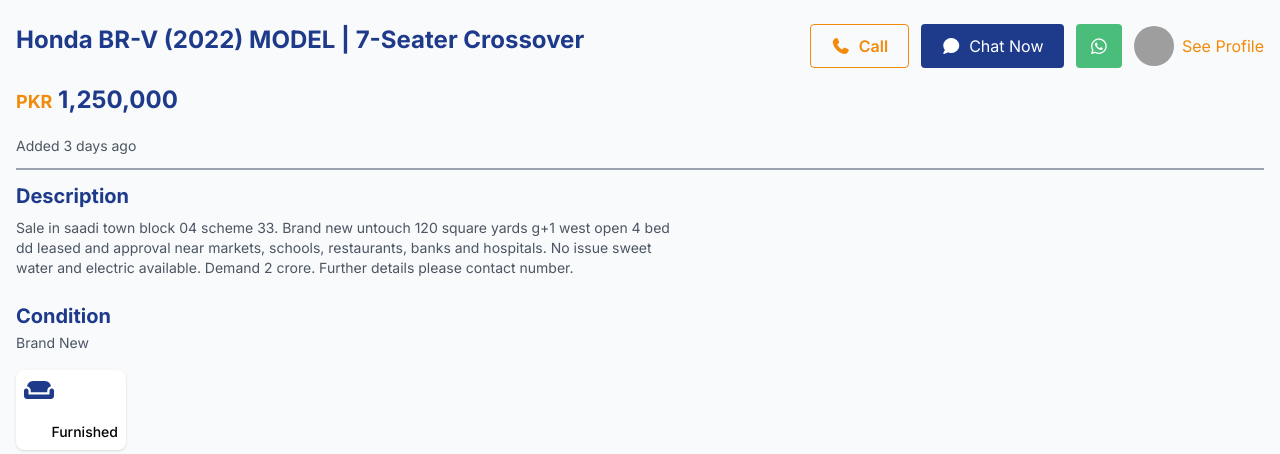
Repository: ARFA-SAEED/miljayega
Page: src/motorsPage/bikes_1.html
These files come from the project's save history. The page is drawn as it stood at one moment and after the next save; the edit follows.
The browser window is 1280 px wide. The pictures show the part of the page from y = 633 to 1087 px (the page is 2069 px tall).
Pictures or frames that could not be fetched are drawn as grey boxes. A picture or video elsewhere on the page could not be fetched, so the positions and the page height are approximate. Some web fonts or font styles are not loaded; a fallback is used. Some web libraries are served in a nearby version.

Above is the page before, as saved 2025-08-25 13:21:04.

### src/motorsPage/bikes_1.html
<!DOCTYPE html>
<html lang="en">

<head>
    <meta charset="utf-8" />
    <meta content="width=device-width, initial-scale=1.0" name="viewport" />
    <title>Miljaega.pk - Bikes 1</title>
    <script src="https://cdn.tailwindcss.com?plugins=forms,container-queries"></script>
    <link href="https://fonts.googleapis.com/css2?family=Inter:wght@400;500;600;700&display=swap" rel="stylesheet" />
    <link href="https://fonts.googleapis.com/css2?family=Poppins:wght@400;500;600;700&display=swap" rel="stylesheet" />
    <link href="https://fonts.googleapis.com/icon?family=Material+Icons" rel="stylesheet" />
    <link href="https://fonts.googleapis.com/css2?family=Lalezar&display=swap" rel="stylesheet">
    <link href="https://fonts.googleapis.com/css2?family=Noto+Nastaliq+Urdu&display=swap" rel="stylesheet">
    <script src="https://cdn.jsdelivr.net/npm/alpinejs@3.x.x/dist/cdn.min.js" defer></script>
    <script src="https://cdn.jsdelivr.net/npm/@tailwindcss/browser@4"></script>
    <link rel="stylesheet" href="./Css/miljaega-homepage.css">
    <!-- Font Awesome CDN -->
    <link href="https://cdnjs.cloudflare.com/ajax/libs/font-awesome/6.5.2/css/all.min.css" rel="stylesheet">

    <link rel="stylesheet" href="https://cdnjs.cloudflare.com/ajax/libs/font-awesome/7.0.0/css/all.min.css"
        integrity="sha512-DxV+EoADOkOygM4IR9yXP8Sb2qwgidEmeqAEmDKIOfPRQZOWbXCzLC6vjbZyy0vPisbH2SyW27+ddLVCN+OMzQ=="
        crossorigin="anonymous" referrerpolicy="no-referrer" />
</head>

<body class="bg-gray-50">

    <!-- Header -->
    <header class="bg-white shadow-sm fixed top-0 z-50 w-full">
        <div class="lg:mx-auto 2xl:mx-20 relative py-3 container px-4 sm:px-6">
            <div class="flex justify-between items-center py-3">
                <!-- Left: Logo -->
                <div class="flex-shrink-0">
                    <img src="../../../assets/images/logo.svg" alt="Logo" class="h-8 sm:h-10" />
                </div>

                <!-- Center Nav (Desktop) -->
                <nav
                    class="hidden xl:flex absolute 2xl:ms-[440px] left-1/2 transform -translate-x-1/2 space-x-6 text-sm font-medium text-gray-600">
                    <div class="flex justify-center mt-2">
                        <div class="inline-flex rounded-lg shadow-md bg-white overflow-hidden">
                            <a href="#"
                                class="px-6 py-3 text-sm font-medium text-white bg-blue-900 hover:bg-blue-900 transition duration-300 flex items-center">
                                <i class="fa-solid fa-list mr-2"></i> ALL
                            </a>
                            <a href="#"
                                class="px-6 py-3 text-sm font-medium text-pak-green hover:bg-[rgb(220,228,245)] flex items-center">
                                <i class="fa-solid fa-circle-plus mr-2"></i> NEW
                            </a>
                            <a href="#"
                                class="px-6 py-3 text-sm font-medium text-pak-green hover:bg-[rgb(220,228,245)] flex items-center">
                                <i class="fa-solid fa-recycle mr-2"></i> USED
                            </a>
                            <a href="#"
                                class="px-6 py-3 text-sm font-medium text-pak-green hover:bg-[rgb(220,228,245)] flex items-center">
                                <i class="fa-solid fa-key mr-2"></i> RENT
                            </a>
                            <a href="#"
                                class="px-6 py-3 text-sm font-medium text-pak-green hover:bg-[rgb(220,228,245)] flex items-center">
                                <i class="fa-solid fa-arrow-right-arrow-left mr-2"></i> Exchange
                            </a>
                        </div>
                    </div>
                </nav>

                <!-- Mobile Hamburger -->
                <button id="mobileMenuToggle" class="block xl:hidden text-gray-700 hover:text-primary-green">
                    <svg class="w-7 h-7" fill="none" stroke="currentColor" stroke-width="2" viewBox="0 0 24 24">
                        <path stroke-linecap="round" stroke-linejoin="round" d="M4 6h16M4 12h16M4 18h16"></path>
                    </svg>
                </button>
            </div>
        </div>
    </header>

    <!-- Mobile Menu -->
    <div id="mobileMenu"
        class="xl:hidden hidden bg-white shadow-md fixed top-[72px] left-0 right-0 z-40 max-h-[calc(100vh-72px)] overflow-y-auto">
        <div class="px-4 py-4 space-y-4 text-sm font-medium text-gray-700">
            <div class="flex justify-around text-center gap-2 flex-wrap">
                <a href="#" class="flex flex-col items-center gap-1 hover:text-primary-green">
                    <img src="./images/second-hand.png" class="w-6 h-6" /> Used
                </a>
                <a href="#" class="flex flex-col items-center gap-1 hover:text-primary-green">
                    <img src="./images/new.png" class="w-6 h-6" /> New
                </a>
                <a href="#" class="flex flex-col items-center gap-1 hover:text-primary-green">
                    <img src="./images/exchange.png" class="w-6 h-6" /> Exchange
                </a>
                <a href="#" class="flex flex-col items-center gap-1 hover:text-primary-green">
                    <img src="./images/rent.png" class="w-6 h-6" /> Rentals
                </a>
            </div>
        </div>
    </div>

    <!-- Spacer -->
    <div class="pt-[72px]"></div>

    <!-- Images Section -->
    <div class="container mx-auto px-4 mt-12">
        <div class="grid grid-cols-1 lg:grid-cols-2 gap-3">
            <div>
                <img class="w-full h-[250px] sm:h-[400px] lg:h-[513px] object-cover rounded-lg lg:rounded-l-[10px]"
                    src="https://auto.yugatech.com/wp-content/uploads/2022/09/2023-Honda-BRV-Main-2048x1024.jpg" alt="">
            </div>
            <div class="flex flex-col gap-3">
                <img class="w-full h-[200px] sm:h-[250px] object-cover rounded-lg lg:rounded-tr-[10px]"
                    src="https://hondaotodalat.com.vn/wp-content/uploads/2020/02/honda_BRV_hondaotovovankiet_vn_15.jpg"
                    alt="">
                <img class="w-full h-[200px] sm:h-[250px] object-cover rounded-lg lg:rounded-br-[10px]"
                    src="https://d31sro4iz4ob5n.cloudfront.net/upload/car/br-v-2024/feature/interior/br-v-2024-lhd-amplio-confort-y-versatilidad.jpg"
                    alt="">
            </div>
        </div>
    </div>

    <!-- Title & Buttons -->
    <div class="container mx-auto px-4 mt-6 flex flex-col lg:flex-row justify-between items-start gap-4">
        <h1 class="font-bold text-blue-900 text-xl lg:text-2xl">
            Honda BR-V (2022) MODEL | 7-Seater Crossover
        </h1>
        <div class="flex flex-wrap gap-3">
            <button class="border border-[#F08B0B] text-[#F08B0B] font-semibold rounded px-5 py-2 flex items-center">
                <i class="fa-solid fa-phone me-2"></i> Call
            </button>
            <button class="bg-blue-900 hover:bg-blue-800 text-white rounded px-5 py-2 flex items-center">
                <i class="fa-solid fa-comment me-2"></i> Chat Now
            </button>
            <button class="bg-[#4ABD7A] text-white rounded px-3 py-2 flex items-center">
                <i class="fa-brands fa-whatsapp text-lg"></i>
            </button>
            <div class="flex items-center gap-2">
                <img class="rounded-full h-10 w-10"
                    src="https://tse3.mm.bing.net/th/id/OIP.WpIMP_W3gb5bZ81rA-K2YgHaHa?pid=Api&P=0&h=220" alt="">
                <span class="text-[#F08B0B]">See Profile</span>
            </div>
        </div>
    </div>


    <!-- Price -->
    <div class="container mx-auto px-4 mt-4">
        <h1 class="text-blue-900 font-bold text-xl lg:text-2xl">
            <span class="text-lg text-[#F08B0B]">PKR</span> 1,250,000
        </h1>
        <p class="text-gray-600 text-sm mt-5 pb-3 border-b border-gray-400 border-b-2 w-[5=700px]">Added 3 days ago</p>
    </div>

    <!-- Description -->
    <div class="container mx-auto px-4 mt-3">
        <h1 class="text-blue-900 font-bold text-xl mb-2">Description</h1>
        <p class="text-sm text-gray-600 max-w-2xl">
            Sale in saadi town block 04 scheme 33. Brand new untouch 120 square yards g+1 west open 4 bed dd leased and
            approval near markets, schools, restaurants, banks and hospitals. No issue sweet water and electric
            available.
            Demand 2 crore. Further details please contact number.
        </p>
    </div>

    <!-- Condition -->
    <div class="container mx-auto px-4 mt-6">
        <h1 class="text-blue-900 font-bold text-xl">Condition</h1>
        <span class="text-gray-600 text-sm">Brand New</span>
        <div class="relative mt-4 shadow rounded-lg h-20 w-[110px] bg-white p-3">
            <i class="fa-solid fa-couch text-blue-900 text-2xl absolute top-1 left-2"></i>
            <span class="absolute bottom-2 right-2 text-sm font-medium">Furnished</span>
        </div>
    </div>

    <!-- Location -->
    <div class="container mx-auto px-4 mt-6">
        <h1 class="text-blue-900 font-bold text-xl mb-3">Location and nearby facilities</h1>
        <div class="flex flex-wrap gap-4 mb-5">
            <button class="flex items-center gap-2 px-4 py-2 bg-white rounded-lg shadow-md">
                <i class="fa-solid fa-border-all text-[#F08B0B]"></i> All
            </button>
            <button class="flex items-center gap-2 px-4 py-2 bg-white rounded-lg shadow-md">
                <i class="fa-solid fa-school text-[#F08B0B]"></i> School
            </button>
            <button class="flex items-center gap-2 px-4 py-2 bg-white rounded-lg shadow-md">
                <i class="fa-solid fa-hospital text-[#F08B0B]"></i> Hospitals
            </button>
            <button class="flex items-center gap-2 px-4 py-2 bg-white rounded-lg shadow-md">
                <i class="fa-solid fa-utensils text-[#F08B0B]"></i> Restaurant
            </button>
        </div>
        <img src="https://png.pngtree.com/png-clipart/20230315/original/pngtree-map-location-pin-with-red-png-image_8989833.png"
            class="h-[300px] sm:h-[400px] mx-auto" alt="">
    </div>
    <footer class="bg-[#0C3168] text-white">
        <div class="container mx-auto px-4 sm:px-6 lg:px-8 py-10">

            <!-- ✅ Mobile/Tablet (sm, md, lg): 2 Rows Layout -->
            <div class="flex  flex-wrap gap-8 lg:hidden">
                <!-- Row 1: ABOUT US + MY ACCOUNT -->
                <div class="w-full flex   gap-8">
                    <!-- ABOUT US -->
                    <div class="w-full ms-10 md:ms-0 sm:w-1/2 text-left">
                        <ul class="leading-10">
                            <li class="font-bold text-xl mb-3">ABOUT US</li>
                            <li>FAQ</li>
                            <li>Anti Scam</li>
                            <li>Term of use</li>
                            <li>Privacy Policy</li>
                            <li>Contact Us</li>
                            <li>Sitemap</li>
                        </ul>
                    </div>
                    <!-- MY ACCOUNT -->
                    <div class="w-full ms-20 md:ms-60 sm:w-1/2 text-left">
                        <ul class="leading-10">
                            <li class="font-bold text-xl mb-3">MY ACCOUNT</li>
                            <li>Login</li>
                            <li>Register</li>
                        </ul>
                    </div>
                </div>

                <!-- Row 2: Miljaega + Social -->
                <div class="w-full flex gap-8 mt-5">
                    <!-- Miljaega -->
                    <div class="w-full sm:w-1/2 ms-10 md:ms-0 text-left">
                        <ul class="leading-10">
                            <li class="font-bold text-xl mb-3">Miljaega</li>
                            <li>Inspected by miljaega</li>
                            <li>Featured by miljaega</li>
                            <li>Recomended by miljaega</li>
                        </ul>
                    </div>
                    <!-- Social -->
                    <div class="w-full ms-20 md:ms-60  sm:w-1/2 text-left leading-15">
                        <ul>
                            <li class="font-bold text-xl  mb-3">FOLLOW US</li>
                        </ul>
                        <div class=" ms-8 md:ms-0 sm:flex-wrap md:flex mt-3 gap-5">
                            <img src="../../assets/images/fb.svg" class="h-10" alt="">
                            <img src="../../assets/images/insta.svg" class="h-10" alt="">
                            <img src="../../assets/images/twitter.svg" class="h-10" alt="">
                            <img src="../../assets/images/youtube.svg" class="h-10" alt="">
                        </div>
                    </div>
                </div>
            </div>

            <!-- ✅ XL and Up: Original 4-column Layout -->
            <div class="hidden lg:block lg:flex lg:justify-between xl:gap-8">
                <!-- ABOUT US -->
                <div class="w-full sm:w-1/2 xl:w-auto mb-5 xl:mb-0  xl:text-left">
                    <ul class="leading-10">
                        <li class="font-bold text-xl mb-3">ABOUT US</li>
                        <li>FAQ</li>
                        <li>Anti Scam</li>
                        <li>Term of use</li>
                        <li>Privacy Policy</li>
                        <li>Contact Us</li>
                        <li>Sitemap</li>
                    </ul>
                </div>
                <!-- MY ACCOUNT -->
                <div class="w-full sm:w-1/2 xl:w-auto text-left mb-5 xl:mb-0">
                    <ul class="leading-10">
                        <li class="font-bold text-xl mb-3">MY ACCOUNT</li>
                        <li>Login</li>
                        <li>Register</li>
                    </ul>
                </div>
                <!-- Miljaega -->
                <div class="w-full sm:w-1/2 xl:w-auto mb-5 xl:mb-0 text-left">
                    <ul class="leading-10">
                        <li class="font-bold text-xl mb-3">Miljaega</li>
                        <li>Inspected by miljaega</li>
                        <li>Featured by miljaega</li>
                        <li>Recomended by miljaega</li>
                    </ul>
                </div>
                <!-- Social -->
                <div class="w-full sm:w-1/2 xl:w-auto text-left mb-5 xl:mb-0 leading-15">
                    <ul>
                        <li class="font-bold text-xl mb-3">FOLLOW US</li>
                    </ul>
                    <div class="flex  ustify-start mt-3 gap-5">
                        <img src="../../assets/images/fb.svg" class="h-10" alt="">
                        <img src="../../assets/images/insta.svg" class="h-10" alt="">
                        <img src="../../assets/images/twitter.svg" class="h-10" alt="">
                        <img src="../../assets/images/youtube.svg" class="h-10" alt="">
                    </div>
                </div>
            </div>

            <!-- Footer bottom -->
            <div class="text-center border-t-2 border-white mt-10 pt-5 text-sm">
                <p>© Copyright 2025 Miljaega <br>Powered by The Tech Creators</p>
            </div>
        </div>
    </footer>

    <script>
        // Mobile menu toggle
        document.addEventListener("DOMContentLoaded", () => {
            const toggleBtn = document.getElementById("mobileMenuToggle");
            const mobileMenu = document.getElementById("mobileMenu");
            toggleBtn.addEventListener("click", () => {
                mobileMenu.classList.toggle("hidden");
            });
        });
    </script>

</body>

</html>

### assets/Css/miljaega-homepage.css
 :root {
   --primary-green: #0B6847;
 }

 body {
   font-family: 'Inter', sans-serif;
   background-color: #f8fafc;
 }

 .text-primary-green {
   color: var(--primary-green);
 }

 .bg-primary-green {
   background-color: #003E3E;
 }

 .border-primary-green {
   border-color: var(--primary-green);
 }

 .card {
   @apply bg-white rounded-lg shadow-[0_4px_6px_-1px_rgba(0, 0, 0, 0.1), 0_2px_4px_-2px_rgba(0, 0, 0, 0.1)] transition-transform duration-200;
 }

 .card:hover {
   transform: translateY(-5px);
 }

 .verified-badge {
   @apply text-blue-600 text-base;
 }


 /* Sell Button */
 ._520955ba {
   position: relative;
   overflow: hidden;
   border-radius: 4px;
 }

 header {
   z-index: 100;
 }

 .fbf39733 {
   background-color: #ffffff;
   /* Green background */
   border: none;
   cursor: pointer;
 }

 ._6257aca6 {
   object-fit: contain;
   z-index: 1;
 }


 ._948d9e0a {
   position: relative;
   z-index: 2;
 }

 ._27a68d65 {
   display: flex;
   align-items: center;
 }

 .b2e0090c {
   padding: 8px 16px;
 }

 ._371e9918 {
   color: white;
 }

 ._6041419a {
   margin-right: 8px;
 }

 ._8206696c {
   font-weight: 900;
 }

 .b7af14b4 {
   font-size: 12px;
 }

 .dd240920 {
   line-height: 1.5;
 }

 @import url('https://fonts.googleapis.com/css2?family=Inter:wght@300;400;500;600;700&display=swap');

 body {
   font-family: 'Inter', sans-serif;

 }

 .card-hover {
   transition: all 0.3s ease;
   box-shadow: 0 4px 6px rgba(0, 0, 0, 0.05);
 }

 .card-hover:hover {
   transform: translateY(-5px);
   box-shadow: 0 10px 25px rgba(0, 0, 0, 0.1);
 }

 .image-hover {
   transition: transform 0.5s ease;
 }

 .status-dot {
   position: absolute;
   bottom: 5px;
   right: 10px;
   width: 12px;
   height: 12px;
   background-color: #1dbf73;
   border: 2px solid white;
   border-radius: 50%;
   z-index: 10;
   box-shadow: 0 0 0 2px rgba(29, 191, 115, 0.3);
 }

 .status-pulse {
   position: absolute;
   bottom: -1px;
   right: -1px;
   width: 16px;
   height: 16px;
   background-color: rgba(29, 191, 115, 0.4);
   border-radius: 50%;
   z-index: 5;
   animation: pulse 1.5s infinite;
 }

 @keyframes pulse {
   0% {
     transform: scale(0.8);
     opacity: 0.7;
   }

   70% {
     transform: scale(1.5);
     opacity: 0;
   }

   100% {
     transform: scale(0.8);
     opacity: 0;
   }
 }

 .star-container {
   display: inline-flex;
   align-items: center;
   margin-left: -8px;
 }

 .star-full {
   color: #f2880f;
   position: relative;
 }

 .star-full::before {
   content: "★";
   position: absolute;
   color: white;
   font-size: 15px;
   top: 2px;
   left: 2px;
 }

 .star-half {
   position: relative;
   width: 20px;
   height: 20px;
 }

 .star-half-left {
   position: absolute;
   left: 0;
   width: 50%;
   height: 100%;
   background: #ff643d;
   border-top-left-radius: 3px;
   border-bottom-left-radius: 3px;
 }

 .star-half-right {
   position: absolute;
   right: 0;
   width: 50%;
   height: 100%;
   background: rgba(200, 201, 202, 0.48);
   border-top-right-radius: 3px;
   border-bottom-right-radius: 3px;
 }

 .star-half::before {
   content: "★";
   position: absolute;
   color: white;
   font-size: 15px;
   top: 2px;
   left: 2px;
   z-index: 10;
 }

 .badge {
   transition: all 0.3s ease;
 }

 .badge:hover {
   transform: scale(1.05);
 }

 .arrow-tab {
   position: relative;
   padding: 0.75rem 2rem;
   display: flex;
   align-items: center;
   justify-content: center;
   clip-path: polygon(0 0, calc(100% - 20px) 0, 100% 50%, calc(100% - 20px) 100%, 0 100%, 20px 50%);
   margin-left: -18px;
   cursor: pointer;
   transition: all 0.2s ease;
 }

 .arrow-tab:first-child {
   clip-path: polygon(0 0, calc(100% - 20px) 0, 100% 50%, calc(100% - 20px) 100%, 0 100%);
   margin-left: 0;
   padding-left: 3rem;
 }

 .arrow-tab.active {
   background-color: #1e3a8a;
   /* Tailwind's blue-900 */
   color: white;
   z-index: 10;
 }

 .arrow-tab:not(.active):hover {
   background-color: #ced8f3;
   /* Light gray on hover */
 }

 @media (min-width: 1024px) and (max-width: 1028px) {
   .custom-mt {
     margin-top: 10px;
     /* Equivalent to mt-9 */
   }
 }

 .thumbnail {
   transition: all 0.2s ease;
 }

 .thumbnail:hover {
   transform: scale(1.05);
   box-shadow: 0 0 5px rgba(59, 130, 246, 0.5);
 }

 #main-image {
   transition: opacity 0.3s ease;
 }



 .scrollbar-hide::-webkit-scrollbar {
   display: none;
 }

 .scrollbar-hide {
   -ms-overflow-style: none;
   scrollbar-width: none;
 }

 .search-dropdown {
   display: none;
   position: absolute;
   top: 100%;
   /* directly below input */
   left: 0;
   width: 100%;
   max-height: 400px;
   overflow-y: auto;
   /* only scroll when necessary */
   z-index: 999999;
   /* way above all site content */
   background: white;
   border: 1px solid #e5e7eb;
   border-radius: 0.5rem;
   box-shadow: 0 4px 6px -1px rgba(0, 0, 0, 0.1),
     0 2px 4px -1px rgba(0, 0, 0, 0.06);
 }

 .search-dropdown-section {
   padding-left: 13px;
   padding-right: 13px;
   padding-bottom: 10px;

 }

 .search-dropdown-section:last-child {
   border-bottom: none;
 }

 .search-dropdown-item {
   padding: 0.5rem;
   cursor: pointer;
   border-radius: 0.25rem;
   background-color: white;
 }

After the next save:
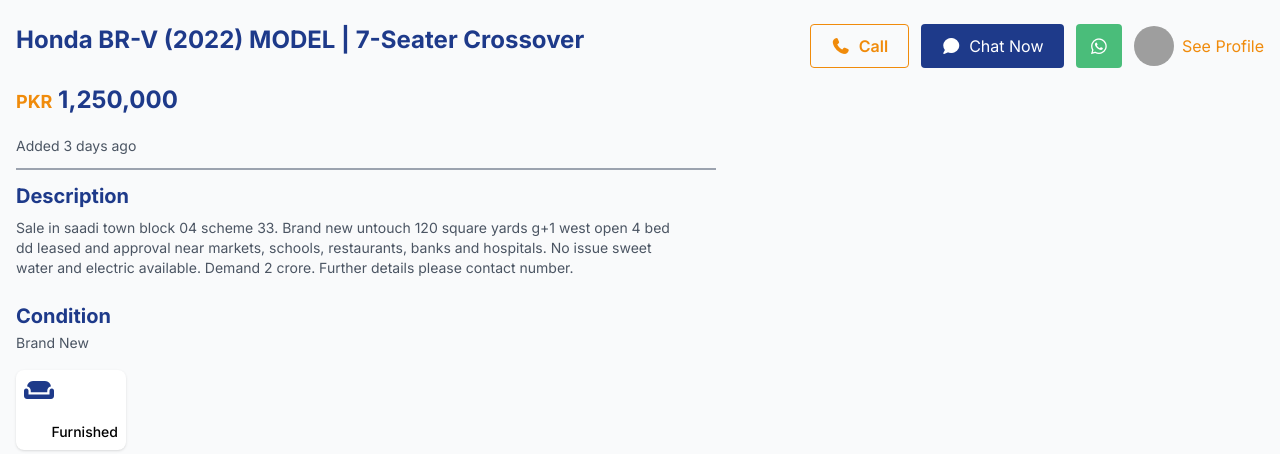
Saved 5 s later.
--- a/src/motorsPage/bikes_1.html
+++ b/src/motorsPage/bikes_1.html
@@ -143,7 +143,7 @@
         <h1 class="text-blue-900 font-bold text-xl lg:text-2xl">
             <span class="text-lg text-[#F08B0B]">PKR</span> 1,250,000
         </h1>
-        <p class="text-gray-600 text-sm mt-5 pb-3 border-b border-gray-400 border-b-2 w-[5=700px]">Added 3 days ago</p>
+        <p class="text-gray-600 text-sm mt-5 pb-3 border-b border-gray-400 border-b-2 w-[700px]">Added 3 days ago</p>
     </div>
 
     <!-- Description -->
